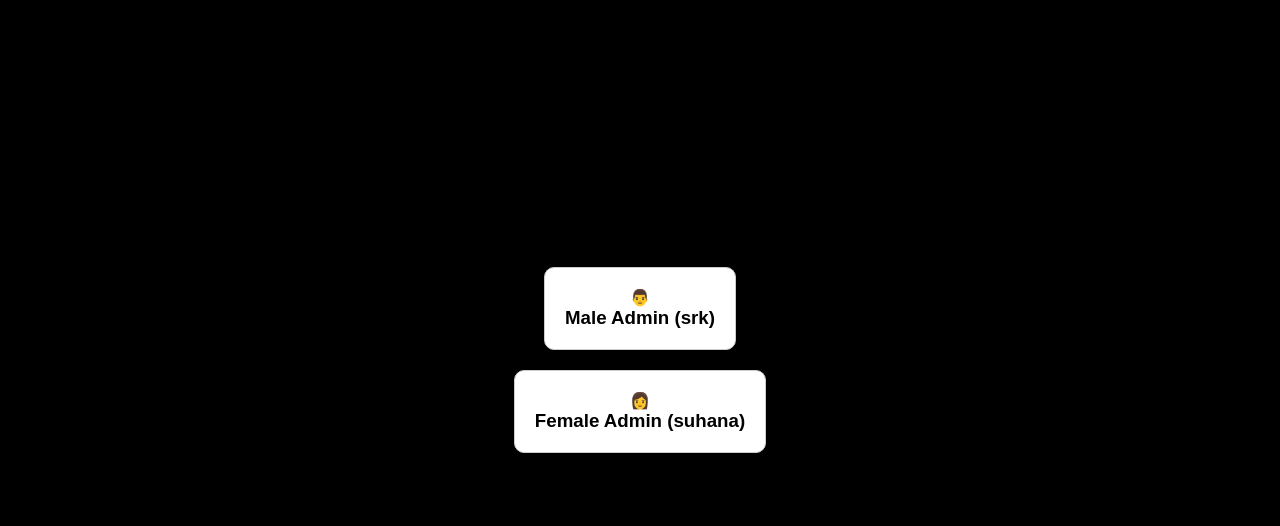
Repository: mdmisri/needy-talk
Page: /home (app in frontend/talk-d1/)
These files come from the project's save history. The page is drawn as it stood at one moment and after a run of saves; the edit follows.
The browser window is 1280 px wide. The pictures show the whole page.
The page's requests for data from a server got no answer. The project was rebuilt for these pictures with package versions that can differ from the ones it lists, and the page was loaded fresh each time. No one was signed in, and anything a server would have sent is missing. Also part of the build but not shown: frontend/talk-d1/src/components/Login/Login.js, frontend/talk-d1/src/components/Register/Register.js, frontend/talk-d1/src/conversationUtils.js, frontend/talk-d1/src/hooks/useConversation.js, frontend/talk-d1/src/components/Chat/styles/Message.css, frontend/talk-d1/src/components/Chat/Message.js, frontend/talk-d1/src/components/Chat/styles/ChatBox.css, frontend/talk-d1/src/components/Chat/ChatBox.js and 2 more.

Above is the page before, as saved 2024-07-29 04:56:24.

### frontend/talk-d1/src/index.js
import React from 'react';
import ReactDOM from 'react-dom/client';
import './index.css';
import App from './App';
import { BrowserRouter } from 'react-router-dom';

const root = ReactDOM.createRoot(document.getElementById('root'));
root.render(
  <React.StrictMode>
    <BrowserRouter>
    <App />
    </BrowserRouter>
  </React.StrictMode>
);

// If you want to start measuring performance in your app, pass a function
// to log results (for example: reportWebVitals(console.log))
// or send to an analytics endpoint. Learn more: https://bit.ly/CRA-vitals

### frontend/talk-d1/src/App.js
import React, { useState, useEffect } from 'react';
import { Routes, Route, useNavigate } from 'react-router-dom';
import Login from './components/Login/Login';
import Register from './components/Register/Register';
import ChatBox from './components/Chat/ChatBox';
import AdminChatBox from './components/Chat/AdminChatBox';
import ChatStart from './components/Chat/ChatStart';
import AdminSelection from './components/Chat/AdminSelection';
import socket from './components/Chat/socket';

const App = () => {
    const [user, setUser] = useState(null);
    const [username, setUsername] = useState('');
    const [isAdmin, setIsAdmin] = useState(false);
    const [adminUsername, setAdminUsername] = useState(null);
    const [redirectToChat, setRedirectToChat] = useState(false);
    const navigate = useNavigate();

    useEffect(() => {
        const handleBeforeUnload = () => {
            if (username) {
                socket.emit('userOffline', username);
            }
        };

        window.addEventListener('beforeunload', handleBeforeUnload);

        return () => {
            window.removeEventListener('beforeunload', handleBeforeUnload);
        };
    }, [username]);

    useEffect(() => {
        if (user) {
            if (isAdmin) {
                navigate('/admin-chat');
            } else if (redirectToChat) {
                navigate(`/chat/${adminUsername}`);
            } else {
                navigate('/home');
            }
        }
    }, [user, isAdmin, redirectToChat, adminUsername, navigate]);

    const handleLogout = () => {
        socket.emit('userOffline', username);
        setUser(null);
        setUsername('');
        setIsAdmin(false);
        setAdminUsername(null);
        setRedirectToChat(false);
        navigate('/login');
    };

    const handleAdminSelection = (selectedAdminUsername) => {
        setAdminUsername(selectedAdminUsername);
        setRedirectToChat(true);
    };

    return (
        <div>
            <Routes>
                <Route path="/login" element={<Login setUser={setUser} setUsername={setUsername} setIsAdmin={setIsAdmin} />} />
                <Route path="/register" element={<Register />} />
                {/* Route for admin selection */}
                <Route path="/home" element={!isAdmin ? <ChatStart username={username} onAdminSelect={handleAdminSelection} /> : <AdminChatBox adminUsername={username} handleAdminSelection={handleAdminSelection} />} />
                {/* Route for admin chat box */}
                <Route path="/admin-chat" element={<AdminChatBox adminUsername={username} handleAdminSelection={handleAdminSelection} />} />
                {/* Route for user chat box */}
                <Route path="/chat/:receiverUsername" element={<ChatBox senderUsername={username} />} />
            </Routes>
            {user && <button onClick={handleLogout}>Logout</button>}
        </div>
    );
};

export default App;

### frontend/talk-d1/src/components/Chat/ChatStart.js
import React, { useState } from 'react';
import AdminSelection from './AdminSelection';
import ChatBox from './ChatBox';
import axios from 'axios';

const ChatStart = ({ username, onAdminSelect }) => {
    const [adminUsername, setAdminUsername] = useState(null);
    const [conversationId, setConversationId] = useState(null);
    const [messages, setMessages] = useState([]);

    const handleSelectAdmin = async (admin) => {
        setAdminUsername(admin);
        try {
            const response = await axios.post('http://localhost:3010/api/conversations/start-chat', {
                username,
                adminUsername: admin
            });
            setConversationId(response.data.conversationId);
            fetchMessages(response.data.conversationId);
            onAdminSelect(admin); // Notify the parent to handle redirection
        } catch (error) {
            console.error('Error starting chat:', error);
        }
    };

    const fetchMessages = async (conversationId) => {
        try {
            const response = await axios.get(`http://localhost:3010/api/messages/${conversationId}`);
            setMessages(response.data.messages || []);
        } catch (error) {
            console.error('Error fetching messages:', error);
        }
    };

    return (
        <div>
            {!adminUsername ? (
                <AdminSelection onSelectAdmin={handleSelectAdmin} />
            ) : (
                <ChatBox conversationId={conversationId} messages={messages} />
            )}
        </div>
    );
};

export default ChatStart;

### frontend/talk-d1/src/components/Chat/AdminSelection.js
import React from 'react';
import './styles/AdminSelection.css'; // Create this CSS file for styling

const AdminSelection = ({ onSelectAdmin }) => {
    return (
        <div className="admin-selection-container">
            <div className="card" onClick={() => onSelectAdmin('srk')}>
            <div className="card-icon">👨</div>
                <h3>Male Admin (srk)</h3>
            </div>
            <div className="card" onClick={() => onSelectAdmin('suhana')}>
            <div className="card-icon">👩</div>
                <h3>Female Admin (suhana)</h3>
            </div>
        </div>
    );
};

export default AdminSelection;

### frontend/talk-d1/src/components/Chat/socket.js
// socket.js
import io from 'socket.io-client';

const socket = io('http://localhost:3010');

export default socket;

### frontend/talk-d1/src/components/Login/Login.css
body, html {
    margin: 0;
    padding: 0;
    height: 100%;
    background-color: #000000; /* Set the background color to black */
    display: flex;
    justify-content: center;
    align-items: center;
    font-family: 'Arial', sans-serif;
}

.login-container {
    width: 340px;
    padding: 40px;
    background: linear-gradient(145deg, #ffffff, #f0f0f0);
    box-shadow: 0 0 30px rgba(255, 255, 255, 0.1);
    border-radius: 15px;
    text-align: center;
}

.login-container h2 {
    margin-bottom: 30px;
    color: #333;
    font-size: 28px;
    font-weight: 600;
    text-transform: uppercase;
    letter-spacing: 1px;
}

.login-container input[type="text"],
.login-container input[type="password"] {
    width: calc(100% - 40px); /* Adjust width to account for padding */
    margin-bottom: 20px;
    padding: 12px 20px; /* Adjust padding for better spacing */
    border: 1px solid #ccc; /* Add a subtle border */
    border-radius: 8px; /* Less rounded for a more modern look */
    background: #f9f9f9;
    box-shadow: 0 2px 5px rgba(0, 0, 0, 0.1); /* Subtle outer shadow */
    font-size: 16px;
    transition: all 0.3s ease;
    outline: none; /* Remove default outline */
}

.login-container input[type="text"]:focus,
.login-container input[type="password"]:focus {
    border-color: #007BFF; /* Highlight border color on focus */
    box-shadow: 0 0 5px rgba(0, 123, 255, 0.5); /* Add glow effect on focus */
    background: #fff; /* Ensure background is clear on focus */
    outline: none;
    box-shadow: inset 5px 5px 10px #c1c1c1, inset -5px -5px 10px #ffffff;
}

.login-container button {
    width: 100%;
    padding: 15px;
    background: linear-gradient(145deg, #007bff, #0056b3);
    color: #fff;
    border: none;
    border-radius: 50px;
    cursor: pointer;
    font-size: 18px;
    font-weight: 600;
    text-transform: uppercase;
    letter-spacing: 1px;
    transition: all 0.3s ease;
    box-shadow: 5px 5px 10px #d9d9d9, -5px -5px 10px #ffffff;
}

.login-container button:hover {
    background: linear-gradient(145deg, #0056b3, #004494);
    transform: translateY(-3px);
    box-shadow: 7px 7px 15px #d9d9d9, -7px -7px 15px #ffffff;
}

.login-container button:active {
    transform: translateY(0);
    box-shadow: 3px 3px 5px #d9d9d9, -3px -3px 5px #ffffff;
}

### frontend/talk-d1/src/components/Register/Register.css
body, html {
    margin: 0;
    padding: 0;
    height: 100%;
    background-color: #000000;
    display: flex;
    justify-content: center;
    align-items: center;
    font-family: 'Arial', sans-serif;
}

.form-container {
    width: 340px;
    padding: 40px;
    background: linear-gradient(145deg, #ffffff, #f0f0f0);
    box-shadow: 0 0 30px rgba(255, 255, 255, 0.1);
    border-radius: 15px;
    text-align: center;
}

.form-container h2 {
    margin-bottom: 30px;
    color: #333;
    font-size: 28px;
    font-weight: 600;
    text-transform: uppercase;
    letter-spacing: 1px;
}

.form-container input[type="text"],
.form-container input[type="password"],
.form-container input[type="email"] {
    width: calc(100% - 40px);
    margin-bottom: 20px;
    padding: 12px 20px;
    border: 1px solid #ccc;
    border-radius: 8px;
    background: #f9f9f9;
    box-shadow: 0 2px 5px rgba(0, 0, 0, 0.1);
    font-size: 16px;
    transition: all 0.3s ease;
    outline: none;
}

.form-container input[type="text"]:focus,
.form-container input[type="password"]:focus,
.form-container input[type="email"]:focus {
    border-color: #007BFF;
    box-shadow: 0 0 5px rgba(0, 123, 255, 0.5);
    background: #fff;
}

.form-container .checkbox-container {
    display: flex;
    align-items: center;
    margin-bottom: 20px;
    font-size: 16px;
}

.form-container .checkbox-container input {
    margin-right: 10px;
    transform: scale(1.2);
}

.form-container button {
    width: 100%;
    padding: 15px;
    background: linear-gradient(145deg, #007bff, #0056b3);
    color: #fff;
    border: none;
    border-radius: 50px;
    cursor: pointer;
    font-size: 18px;
    font-weight: 600;
    text-transform: uppercase;
    letter-spacing: 1px;
    transition: all 0.3s ease;
    box-shadow: 0 5px 15px rgba(0, 0, 0, 0.2);
}

.form-container button:hover {
    background: linear-gradient(145deg, #0056b3, #004494);
    transform: translateY(-3px);
    box-shadow: 0 7px 20px rgba(0, 0, 0, 0.3);
}

.form-container button:active {
    transform: translateY(0);
    box-shadow: 0 3px 10px rgba(0, 0, 0, 0.2);
}

### frontend/talk-d1/src/components/Chat/styles/AdminSelection.css
body, html {
    margin: 0;
    padding: 0;
    height: 100%;
    background-color: #000000; /* Set the background color to black */
    font-family: 'Arial', sans-serif;
    color: white; /* Set default text color to white */
}

.admin-selection-container {
    display: flex;
    flex-direction: column; /* Stack the heading above the cards */
    justify-content: center;
    align-items: center;
    height: 100vh;
    text-align: center; /* Center the heading text */
}

.admin-selection-container h2 {
    margin-bottom: 20px; /* Add some space below the heading */
    color: white; /* Ensure the heading text is white */
}

.card {
    background-color: white; /* Set the background color of the card to white */
    color: black; /* Set the text color inside the card to black */
    margin: 10px 20px;
    padding: 20px;
    border: 1px solid #ccc;
    border-radius: 10px;
    text-align: center;
    cursor: pointer;
    transition: transform 0.2s;
}

.card:hover {
    transform: scale(1.05);
}

.card h3 {
    margin: 0;
    color: black; /* Ensure the card header text is black */
}

Loaded but not shown: frontend/talk-d1/public/index.html (common file); frontend/talk-d1/src/index.css (no stored copy; drawn as an empty file)

After the next 2 saves:
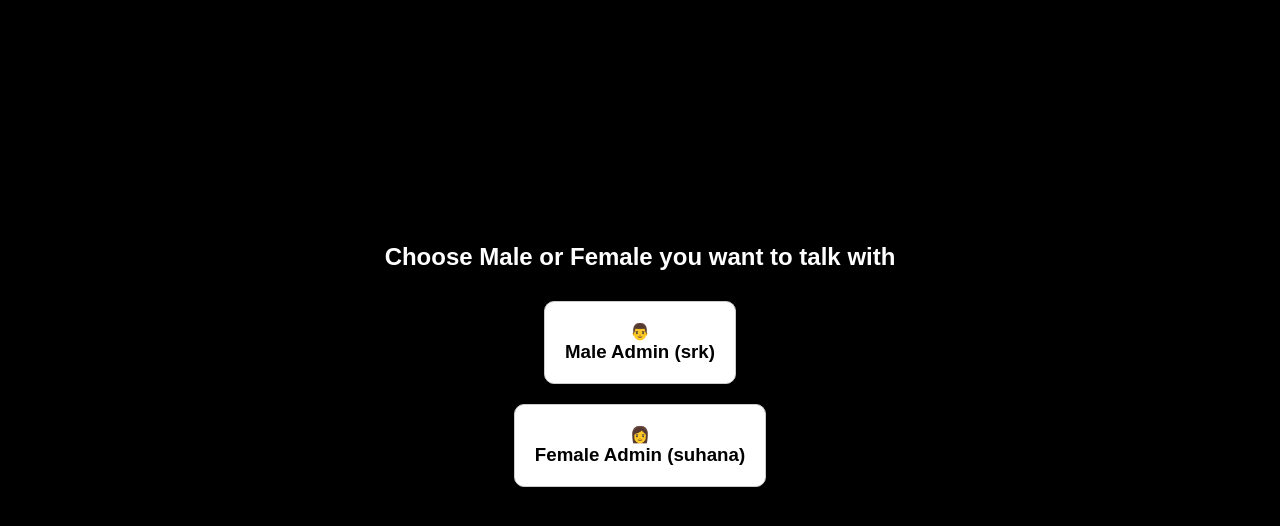
The 2 saves are shown as one change because they came seconds apart.
The last was saved 70 s later.
--- a/frontend/talk-d1/src/components/Chat/AdminSelection.js
+++ b/frontend/talk-d1/src/components/Chat/AdminSelection.js
@@ -4,6 +4,8 @@ import './styles/AdminSelection.css'; // Create this CSS file for styling
 const AdminSelection = ({ onSelectAdmin }) => {
     return (
         <div className="admin-selection-container">
+            <h2>Choose Male or Female you want to talk with</h2>
+
             <div className="card" onClick={() => onSelectAdmin('srk')}>
             <div className="card-icon">👨</div>
                 <h3>Male Admin (srk)</h3>
